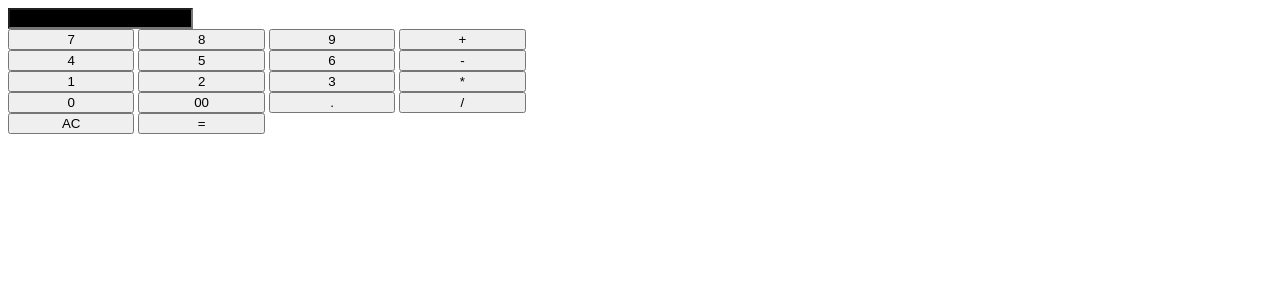
Repository: yamadayurika/rails
Page: Calculator/calculator.html
The author's editor kept a record of every edit. The page is drawn from the files as they stood at one moment, then again after the next edit.
The browser window is 1280 px wide. The pictures show the whole page.

Above is the page before.

After the next edit:
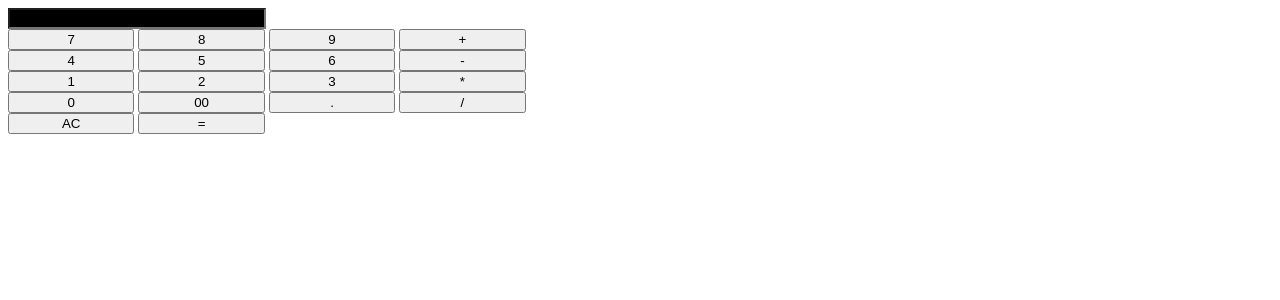
The edit:
--- a/Calculator/calculator.css
+++ b/Calculator/calculator.css
@@ -1,5 +1,5 @@
 #result {
-  width: auto;
+  width: 250px;
   background-color: black;
   color: white;
 }
